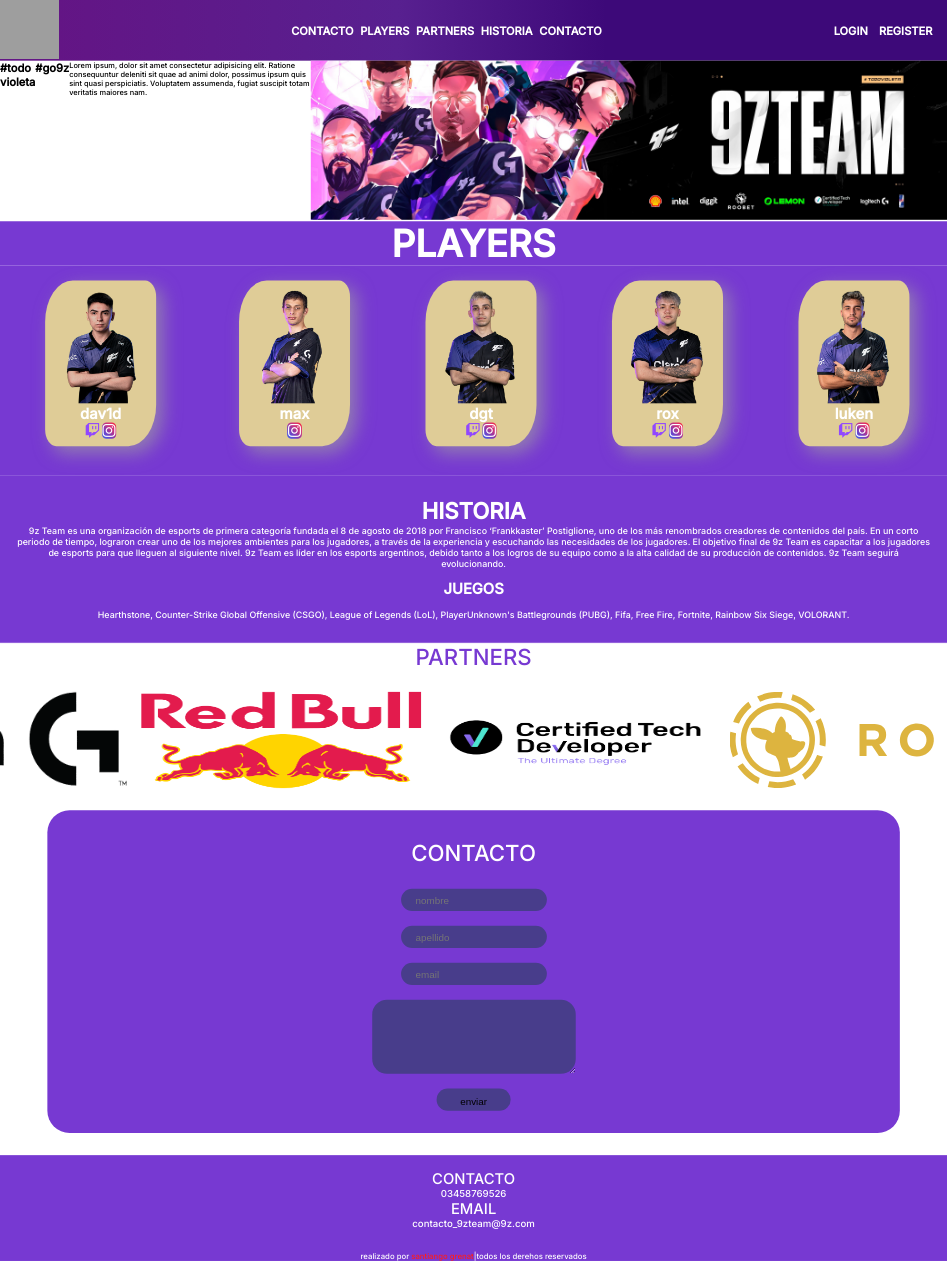
Repository: santig20/trabajo-practico-integrador-nuncba-html-css-
Page: index.html
The author's editor kept a copy of each file at every save. The page is drawn from the files as they stood at one save, then again after a run of saves.
The browser window is 1280 px wide. The pictures show the whole page, at 74% of full size.
Pictures or frames that could not be fetched are drawn as grey boxes. Some web libraries are served in a nearby version.

Above is the page before, as saved 2022-06-25 00:10:21.

After the next 4 saves:
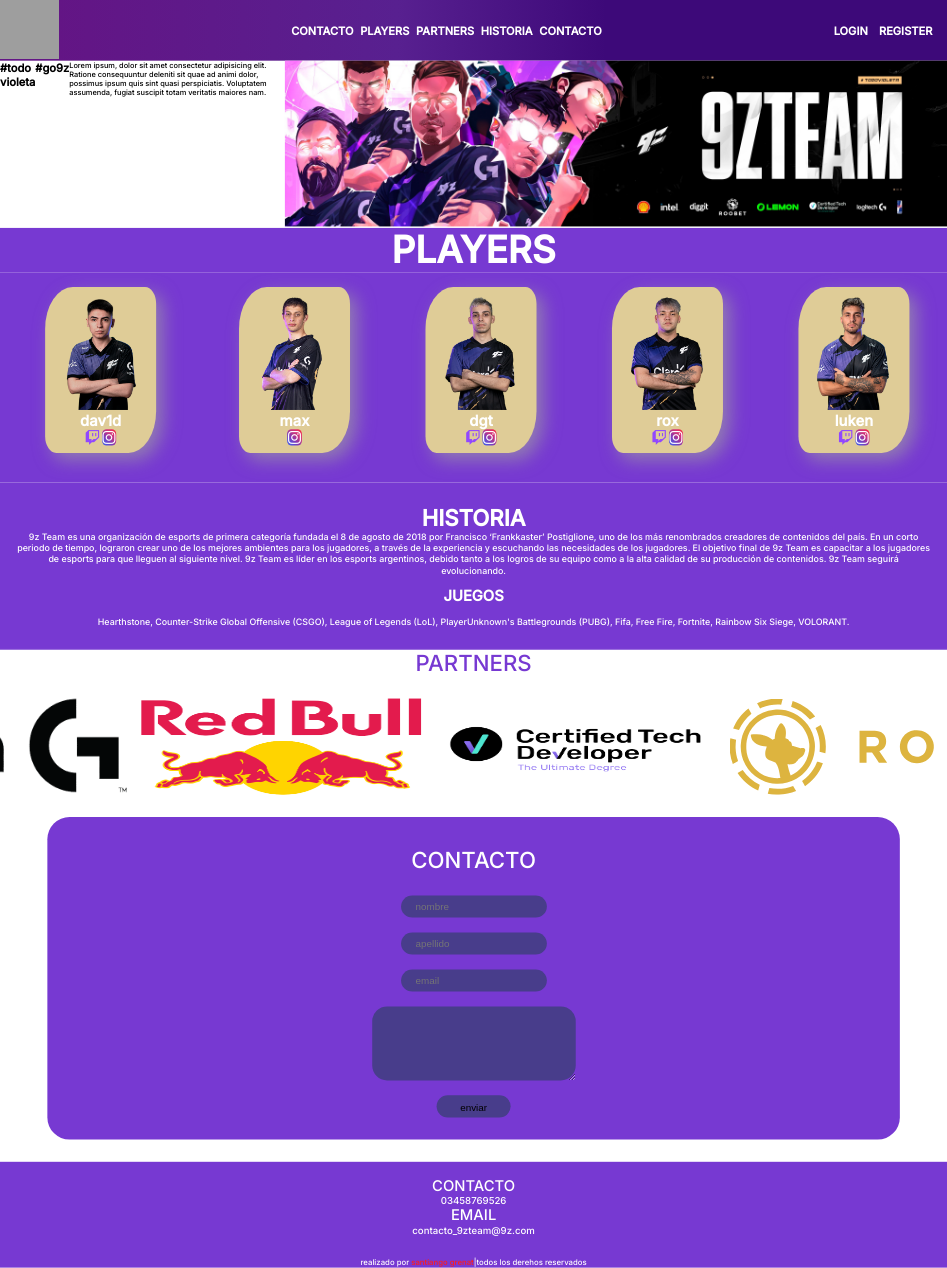
The 4 saves are shown as one change because they came seconds apart.
The last was saved 13 min 49 s later.
--- a/desktop.css
+++ b/desktop.css
@@ -15,5 +15,6 @@
         display: flex;
     }
     .texto_hero {
-        display: contents;
+        display:flex;
+        justify-content: ;
     }
